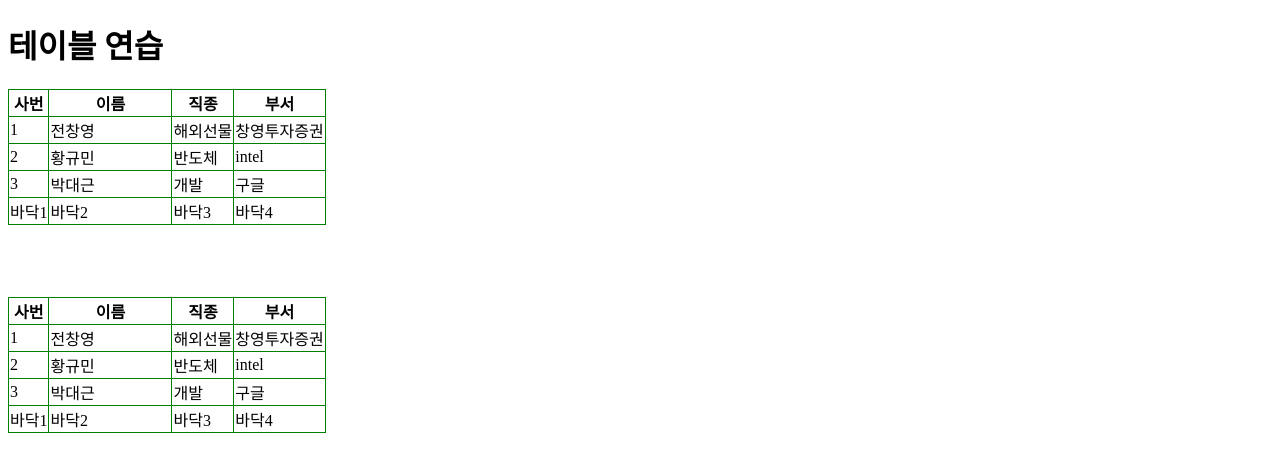
Repository: keeka2/webPractice
Page: MyStudy/HTML_Study/work/0821/WebContent/ex4_table.html
These files come from the project's save history. The page is drawn as it stood at one moment and after the next save; the edit follows.
The browser window is 1280 px wide. The pictures show the whole page.

Above is the page before, as saved 2020-08-21 05:18:10.

After the next save:
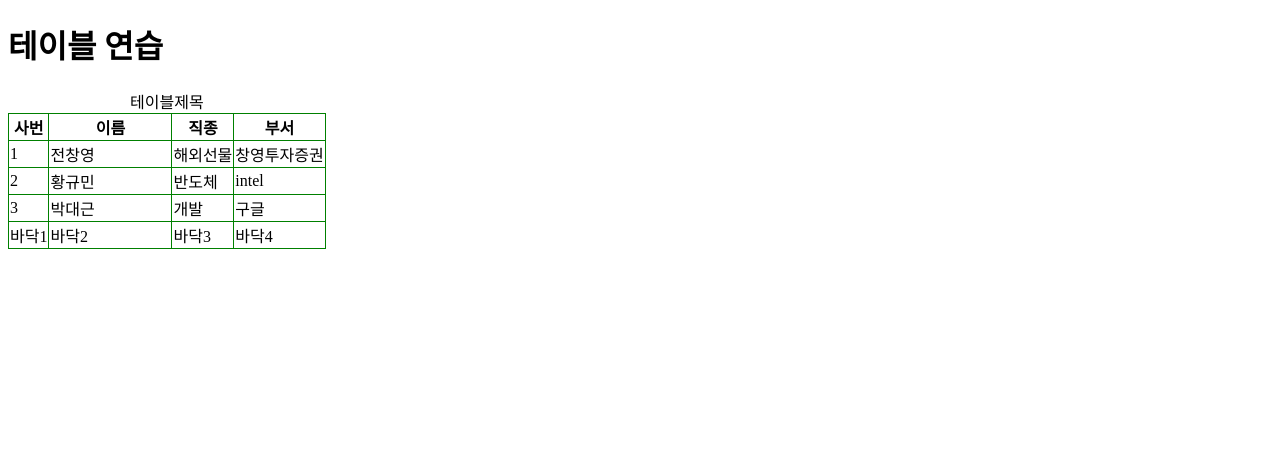
Saved 3 min 21 s later.
--- a/MyStudy/HTML_Study/work/0821/WebContent/ex4_table.html
+++ b/MyStudy/HTML_Study/work/0821/WebContent/ex4_table.html
@@ -29,6 +29,7 @@
 	<h1>테이블 연습</h1>
 	<div>
 		<table>
+			<caption>테이블제목</caption>
 			<thead><!-- 테이블 머리글 -->
 				<tr>
 					<th>사번</th>
@@ -69,51 +70,6 @@
 			</tbody>
 		</table>
 
-		<br/>
-		<br/>
-		<br/>
-		<br/>
-
-		<table>
-			<thead><!-- 테이블 머리글 -->
-				<tr>
-					<th>사번</th>
-					<th id="name">이름</th>
-					<th>직종</th>
-					<th>부서</th>
-				</tr><!-- 행 의미 -->
-			</thead>
-
-			<tfoot><!-- 테이블 바닥글 -->
-				<tr>
-					<td>바닥1</td>
-					<td>바닥2</td>
-					<td>바닥3</td>
-					<td>바닥4</td>
-				</tr>
-			</tfoot>
-
-			<tbody>
-				<tr>
-					<td>1</td>
-					<td>전창영</td>
-					<td>해외선물</td>
-					<td>창영투자증권</td>
-				</tr>
-				<tr>
-					<td>2</td>
-					<td>황규민</td>
-					<td>반도체</td>
-					<td>intel</td>
-				</tr>
-				<tr>
-					<td>3</td>
-					<td>박대근</td>
-					<td>개발</td>
-					<td>구글</td>
-				</tr>
-			</tbody>
-		</table>
 	</div>
 </body>
 </html>
